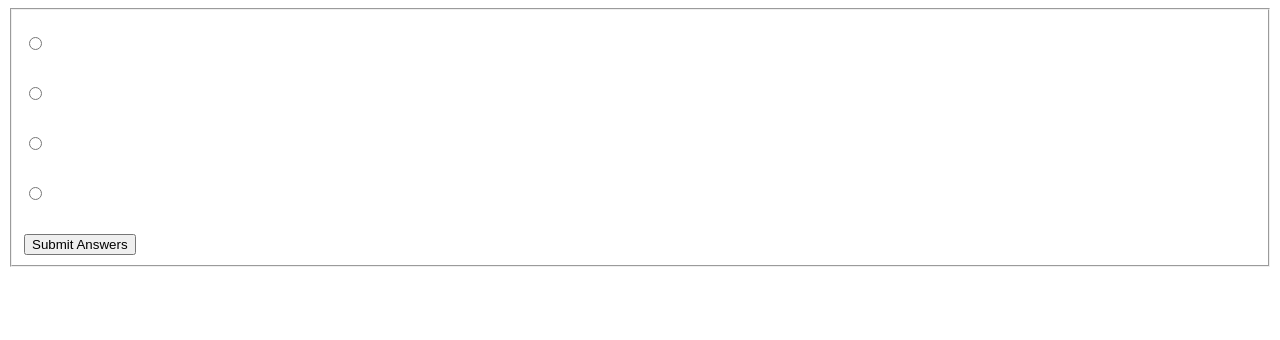
Repository: KristianCastaneda/surveyProject
Page: public/modules/responses/views/take-response.client.view.html
The author's editor kept a record of every edit. The page is drawn from the files as they stood at one moment, then again after the next edit.
The browser window is 1280 px wide. The pictures show the whole page.

Above is the page before.

### public/modules/responses/views/take-response.client.view.html
<section data-ng-controller="ResponsesController" data-ng-init="findOne()">
   	<div class="page-header">
		<h1 data-ng-bind="survey.title"></h1>
	</div>
	<div class="col-md-12">
		<form name="answersForm" class="form-horizontal"  data-ng-submit="create()" >
			<fieldset>
				   <input type="hidden"  name="surveyId" data-ng-model="survey._id" data-ng-bind="survey._id" id="surveyId" class="form-control" >
                <div>
                    <h3 data-ng-bind="survey.question1"></h3>
                    <input type="hidden"  name="question1" data-ng-model="survey.question1" data-ng-bind="survey.question1" id="question1" class="form-control" >
                </div>
                <div class="radio">
                    <input type="radio" name="answers" value="a"><p data-ng-bind="survey.answers1a"></p><br/>
                    <input type="radio" name="answers" value="b"><p data-ng-bind="survey.answers1b" ></p><br/>
                    <input type="radio" name="answers" value="c"><p data-ng-bind="survey.answers1c" ></p><br/>
                    <input type="radio" name="answers" value="d"><p data-ng-bind="survey.answers1d" ></p><br/>
                </div>
                <div class="form-group">
                    <input type="submit" value="Submit Answers" class="btn btn-default">
                </div>
                <div data-ng-show="error" class="text-danger">
				    <strong data-ng-bind="error"></strong>
			    </div>
            </fieldset>
        </form>
    </div>
</section>

After the next edit:
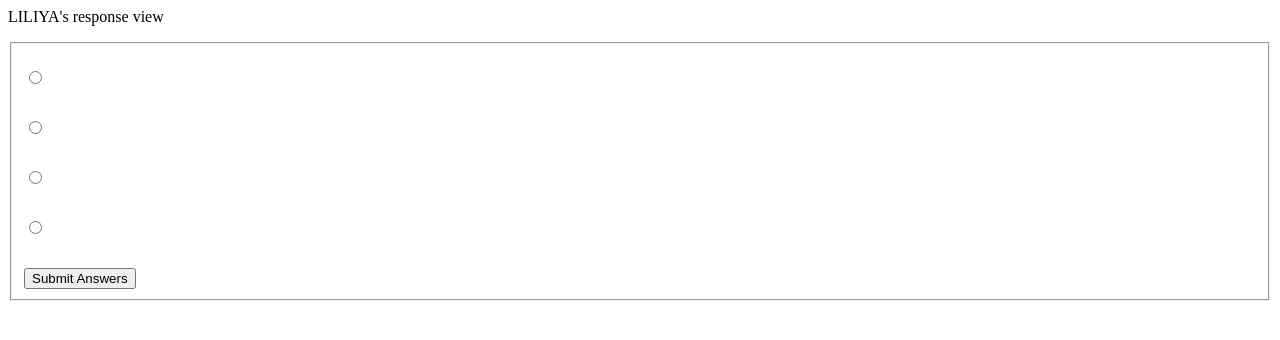
The edit:
--- a/public/modules/responses/views/take-response.client.view.html
+++ b/public/modules/responses/views/take-response.client.view.html
@@ -2,8 +2,9 @@
    	<div class="page-header">
 		<h1 data-ng-bind="survey.title"></h1>
 	</div>
+	<p>LILIYA's response view</p>
 	<div class="col-md-12">
-		<form name="answersForm" class="form-horizontal"  data-ng-submit="create()" >
+		<form name="answersForm" class="form-horizontal"  data-ng-href="#!/responses/view" >
 			<fieldset>
 				   <input type="hidden"  name="surveyId" data-ng-model="survey._id" data-ng-bind="survey._id" id="surveyId" class="form-control" >
                 <div>
